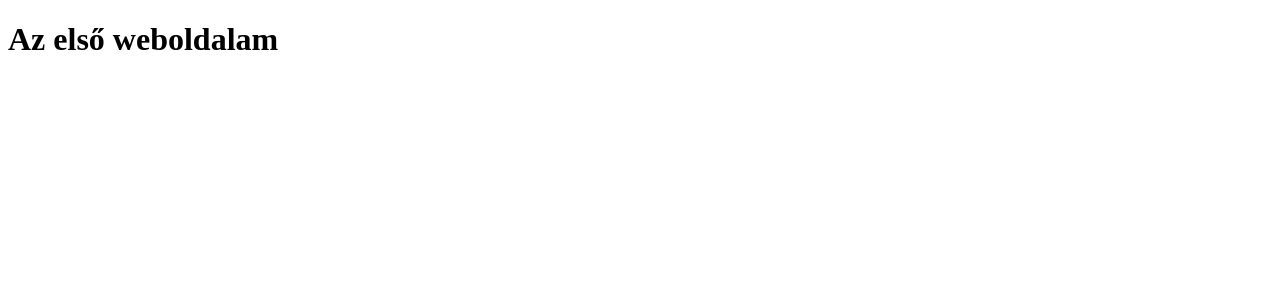
Repository: doomhyena/Web
Page: 03.óra/index.html
An editor plug-in stored every save of this project. The page is shown before and after the next save, followed by the edit.
The browser window is 1280 px wide. The pictures show the whole page.

Above is the page before, as saved 2024-09-19 12:37:20.

### 03.óra/index.html
<!DOCTYPE html>
<html>
   <head>
       <title>Oldalam neve</title>
       <meta charset='UTF-8'>
       <meta name='description' content='Rövid leírás az oldal tartalmáról'>
       <meta name='keywords' content='Keresést, Segítő, Szavak, Vesszővel, Elválasztva'>
       <meta name='author' content='Neved'>
       <meta name='viewport' content='width=device-width, initial-scale=1.0'>
   </head>
   <body>
    <h1>Az első weboldalam</h1>
   </body>
</html>

After the next save:
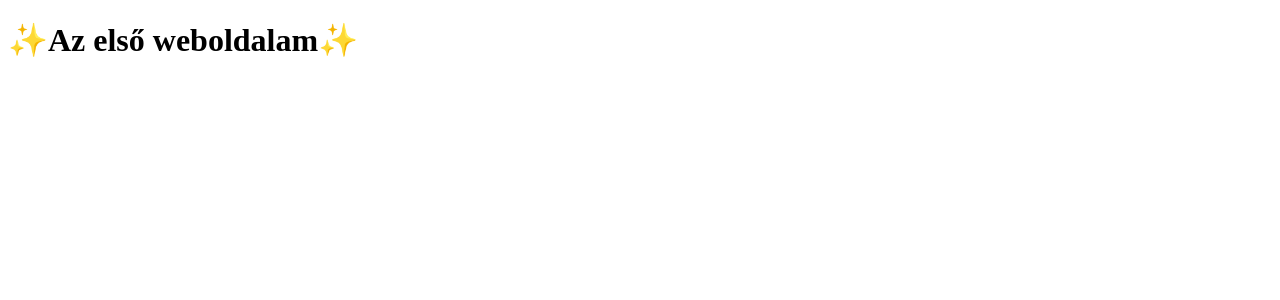
Saved 28 s later.
--- a/03.óra/index.html
+++ b/03.óra/index.html
@@ -9,6 +9,6 @@
        <meta name='viewport' content='width=device-width, initial-scale=1.0'>
    </head>
    <body>
-    <h1>Az első weboldalam</h1>
+    <h1>✨Az első weboldalam✨</h1>
    </body>
 </html>
